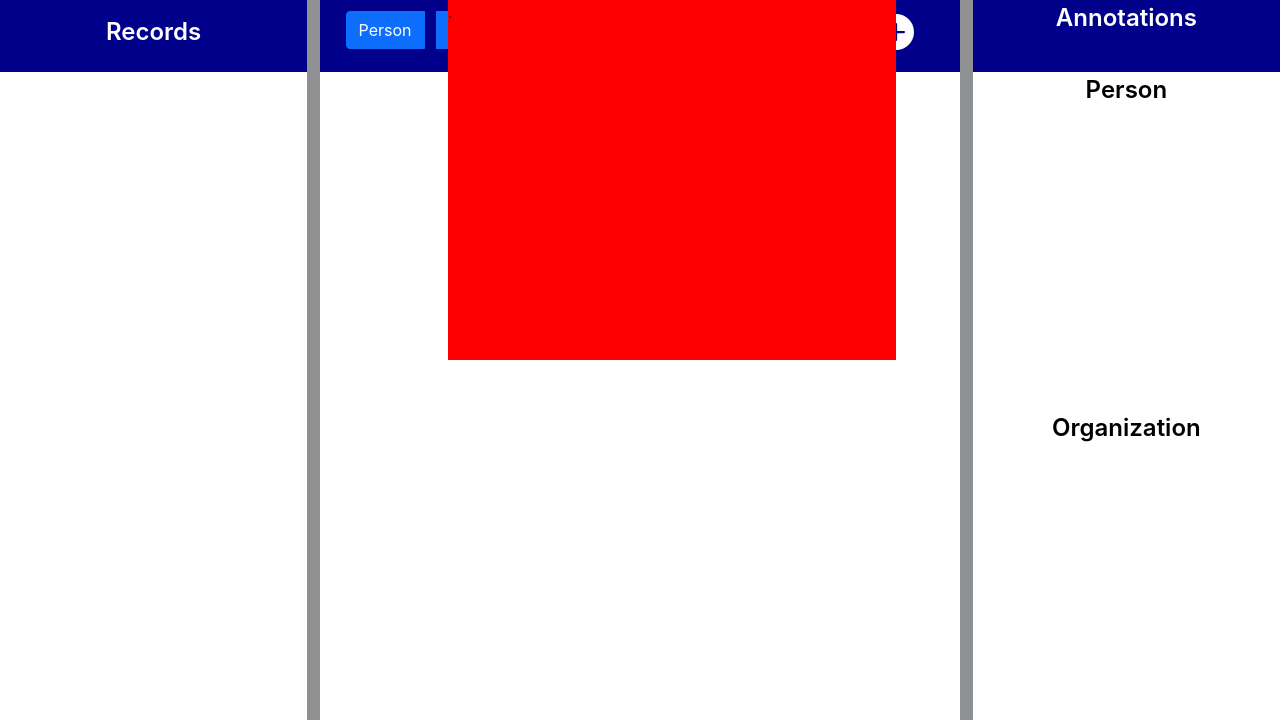
Repository: napan24/classforma_assignment
Page: / (app in client/)
The author's editor kept a copy of each file at every save. The page is drawn from the files as they stood at one save, then again after the next save.
The browser window is 1280 px wide. The pictures show the whole page.
The project was rebuilt for these pictures with package versions that can differ from the ones it lists, and the page was loaded fresh each time. Also part of the build but not shown: client/src/App.css.

Above is the page before, as saved 2022-07-20 16:38:28.

After the next save:
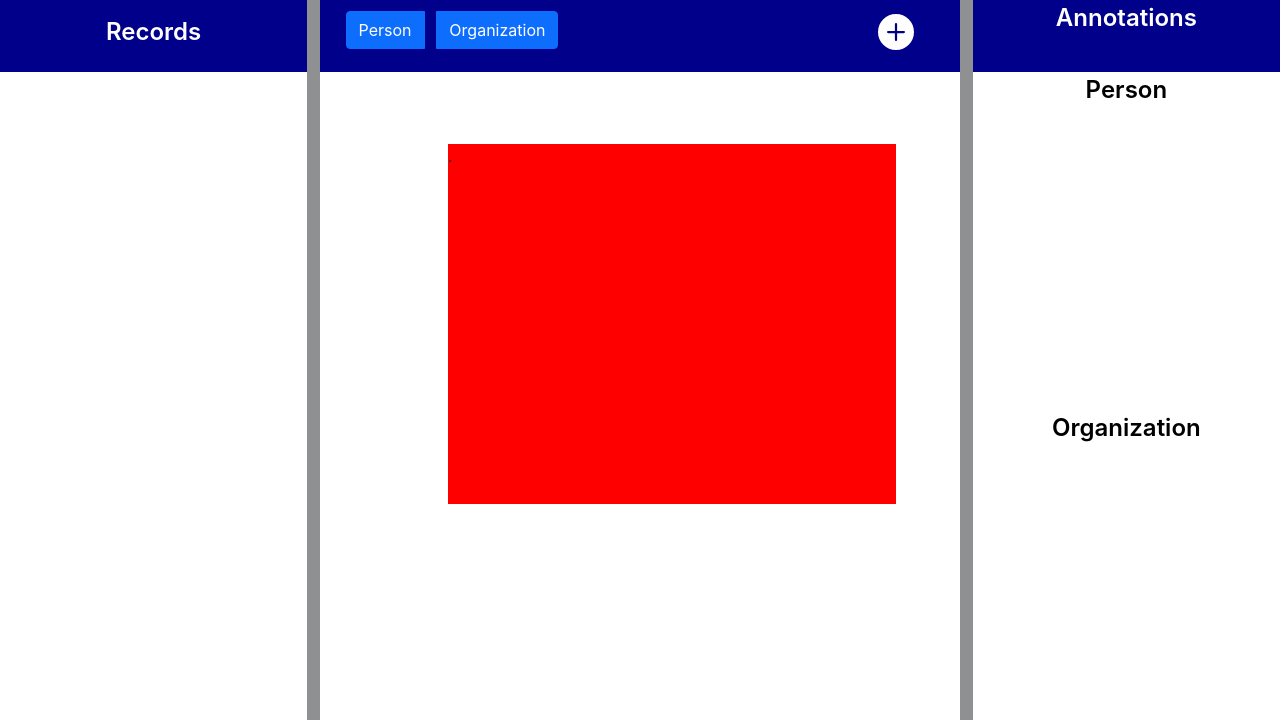
Saved 6 s later.
--- a/client/src/Home.js
+++ b/client/src/Home.js
@@ -56,7 +56,7 @@ const Home = () => {
     }
     return (
         <>
-        <div style={{height:"50vh",width:"35vw",backgroundColor:"red",position:"absolute",zIndex:'2',left:"35%"}}>
+        <div style={{height:"50vh",width:"35vw",backgroundColor:"red",position:"absolute",zIndex:'2',left:"35%",top:"20%"}}>
             .
         </div>
             <div style={{ display: 'flex', width: "100vw", height: "100vh", backgroundColor: "#8f9091", overflow: "hidden" }}>
